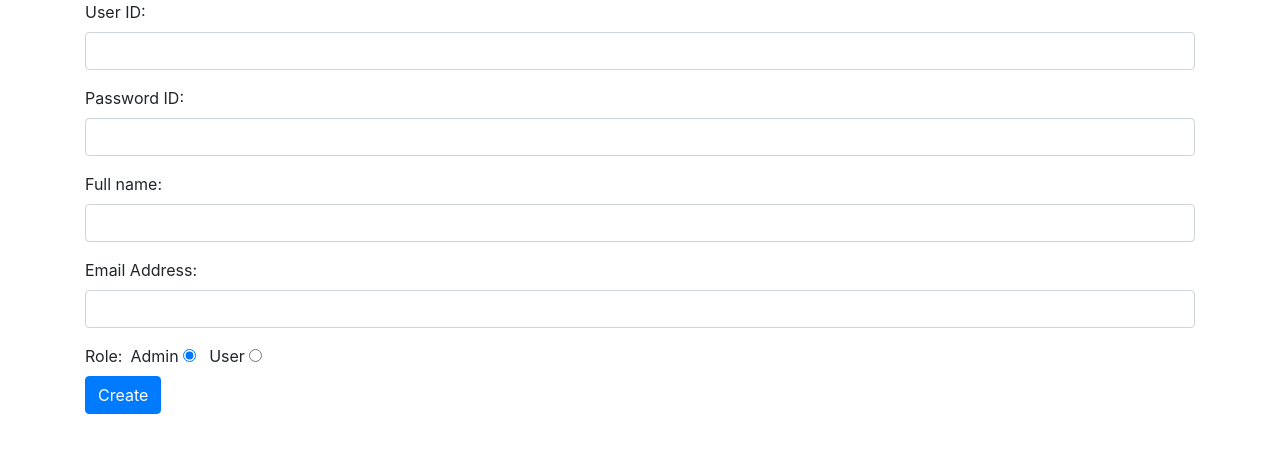
Repository: Hai-Nguyen-21/CRUD_Hibernate
Page: http://localhost/CRUD_Hibernate/user.jsp
The author's editor kept a copy of each file at every save. The page is drawn from the files as they stood at one save, then again after the next save.
The browser window is 1280 px wide. The pictures show the whole page.
The page is served by Tomcat 9.

Above is the page before, as saved 2021-09-04 16:53:15.

After the next save:
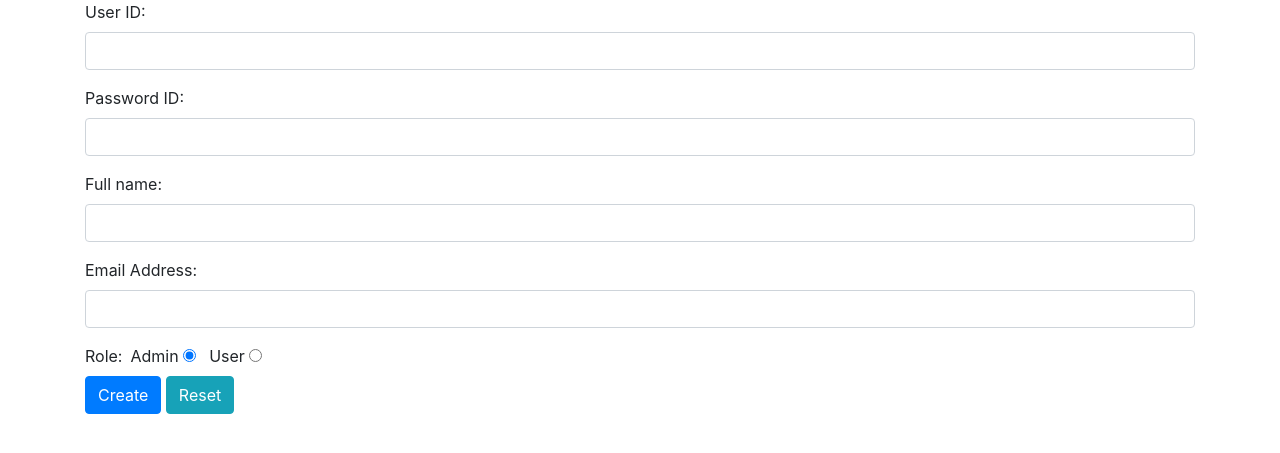
Saved 72 s later.
--- a/CRUD_Hibernate/src/main/webapp/user.jsp
+++ b/CRUD_Hibernate/src/main/webapp/user.jsp
@@ -45,6 +45,7 @@
 					</div>
 					<div class = form-froup>
 						<button class = "btn btn-primary" formaction="/UserServlet/create">Create</button>
+						<button class = "btn btn-info" formaction="/UserServlet/clear">Reset</button>
 					</div>
 				</form>
 			</div>
